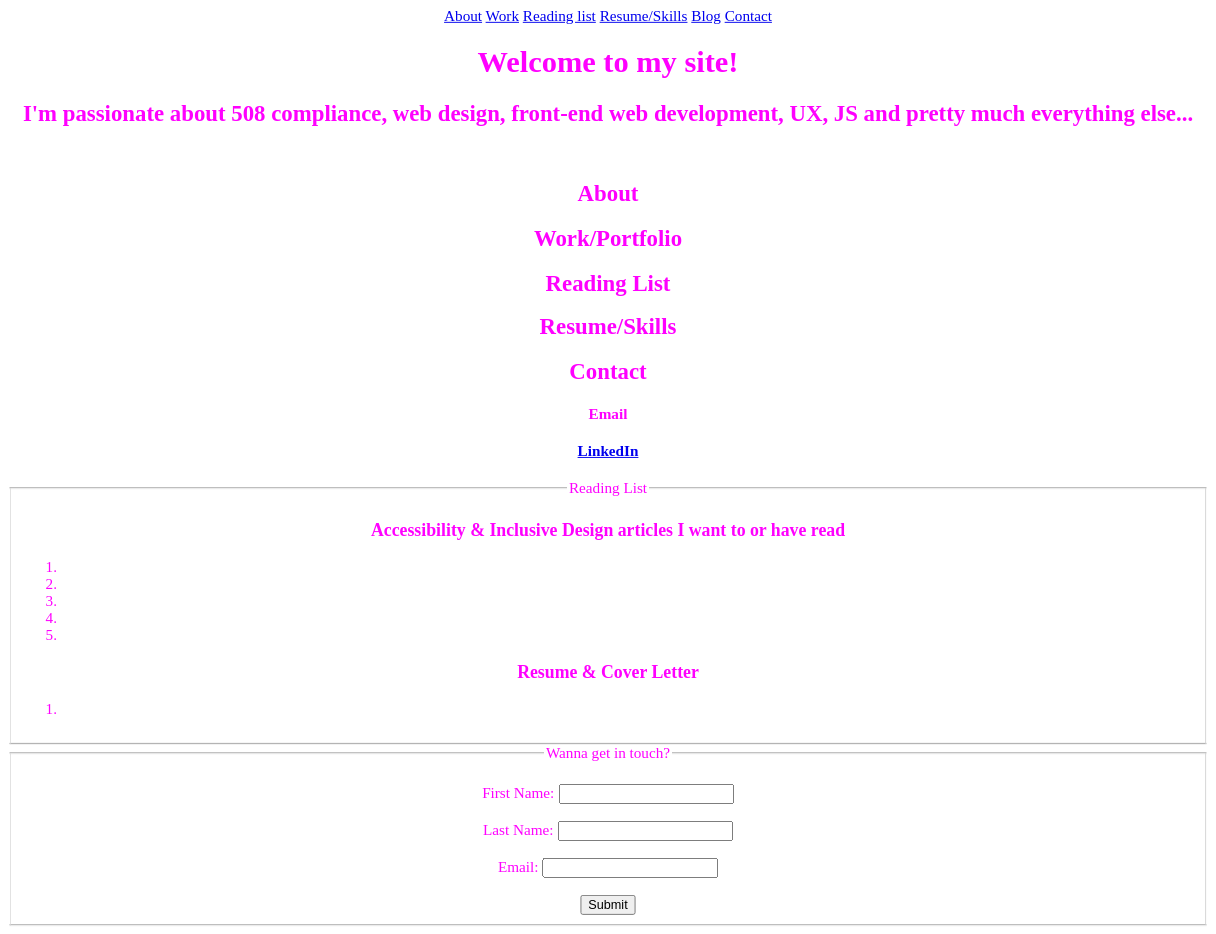
Repository: jasvr/jasvr.io
Page: index.html
The author's editor kept a copy of each file at every save. The page is drawn from the files as they stood at one save, then again after a run of saves.
The browser window is 1280 px wide. The pictures show the whole page, at 95% of full size.

Above is the page before, as saved 2020-01-20 13:44:32.

### index.html
<!DOCTYPE html>
<html lang="en">

<head>
    <meta charset="UTF-8">
    <meta name="viewport" content="width=device-width, initial-scale=1.0">
    <meta http-equiv="X-UA-Compatible" content="ie=edge">
    <title>Jasmin Vargas</title>
    <link href="style.css" type="text/css" rel="stylesheet">
</head>

<body>
    <nav>
        <a href="/about/">About</a>
        <a href="/work/">Work</a>
        <a href="/readinglist/">Reading list</a>
        <a href="/resume/">Resume/Skills</a>
        <a href="/blog/">Blog</a>
        <a href="/contact/">Contact</a>
    </nav>
    <h1>Welcome to my site!</h1>
    <h2>I'm passionate about 508 compliance, web design, front-end web development, UX, JS and pretty much everything
        else...</h2>
    <br>
    <h2>About</h2>
    <h2>Work/Portfolio</h2>
    <h2>Reading List</h2>
    <h2>Resume/Skills</h2>
    <!-- <h2>Blog</h2> -->
    <h2>Contact</h2>
    <h4>Email</h4>
    <h4></h4>
    <h4><a href="https://www.linkedin.com/in/jasvrgs/">LinkedIn</a></h4>

    <fieldset>
        <legend>Reading List</legend>
        <h3>Accessibility & Inclusive Design articles I want to or have read</h3>
        <ol>
            <li></li>
            <li></li>
            <li></li>
            <li></li>
            <li></li>
        </ol>
        <h3>Resume & Cover Letter</h3>
        <ol>
            <li></li>

        </ol>

    </fieldset>


    <fieldset>
        <legend>Wanna get in touch?</legend>
        <div>
            <br>
            <label for="firstname">First Name: </label>
            <input type="text" name="firstname" />
        </div>
        <div>
            <br>
            <label for="lastname">Last Name: </label>
            <input type="text" name="lastname" />
        </div>
        <div>
            <br>
            <label for="email">Email: </label>
            <input type="text" name="email" />

        </div>
        <div>
            <br>
            <input type="submit" value="Submit">
        </div>
    </fieldset>
</body>

</html>

### style.css
body{
    color:magenta;
    text-align:center;
    }

    *:focus{
        outline: 0;
        box-shadow: 0 0 10px #eb0486;
        border-color: #eb0486;
    }

    a:focus{
        color: #eb0486;
        font-weight: bold;
    }

    .button:focus{
        background-color: #eb0486;

    }

After the next 4 saves:
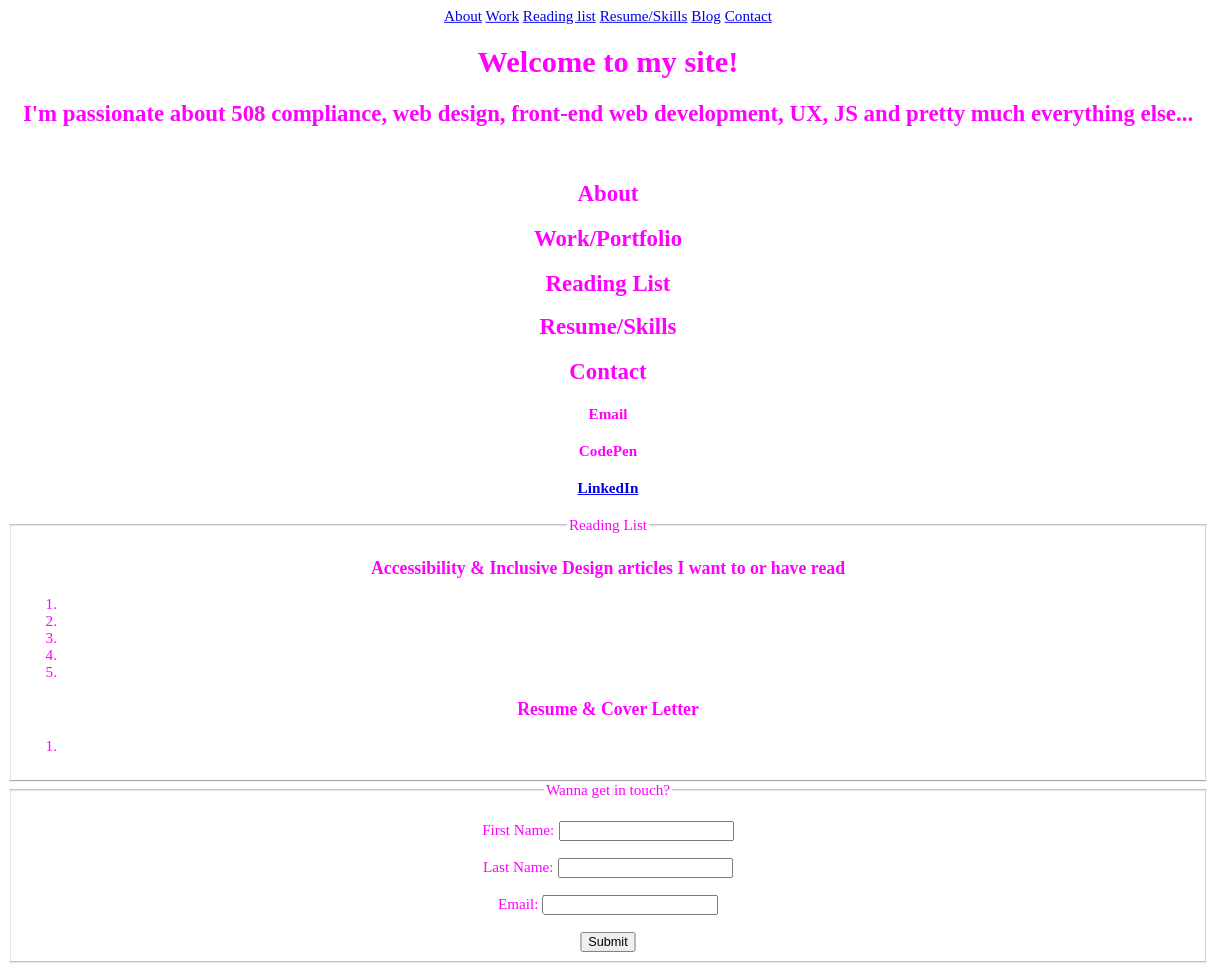
The 4 saves are shown as one change because they came seconds apart.
The last was saved 11 s later.
--- a/index.html
+++ b/index.html
@@ -29,6 +29,7 @@
     <!-- <h2>Blog</h2> -->
     <h2>Contact</h2>
     <h4>Email</h4>
+    <h4>CodePen</h4>
     <h4></h4>
     <h4><a href="https://www.linkedin.com/in/jasvrgs/">LinkedIn</a></h4>
 
